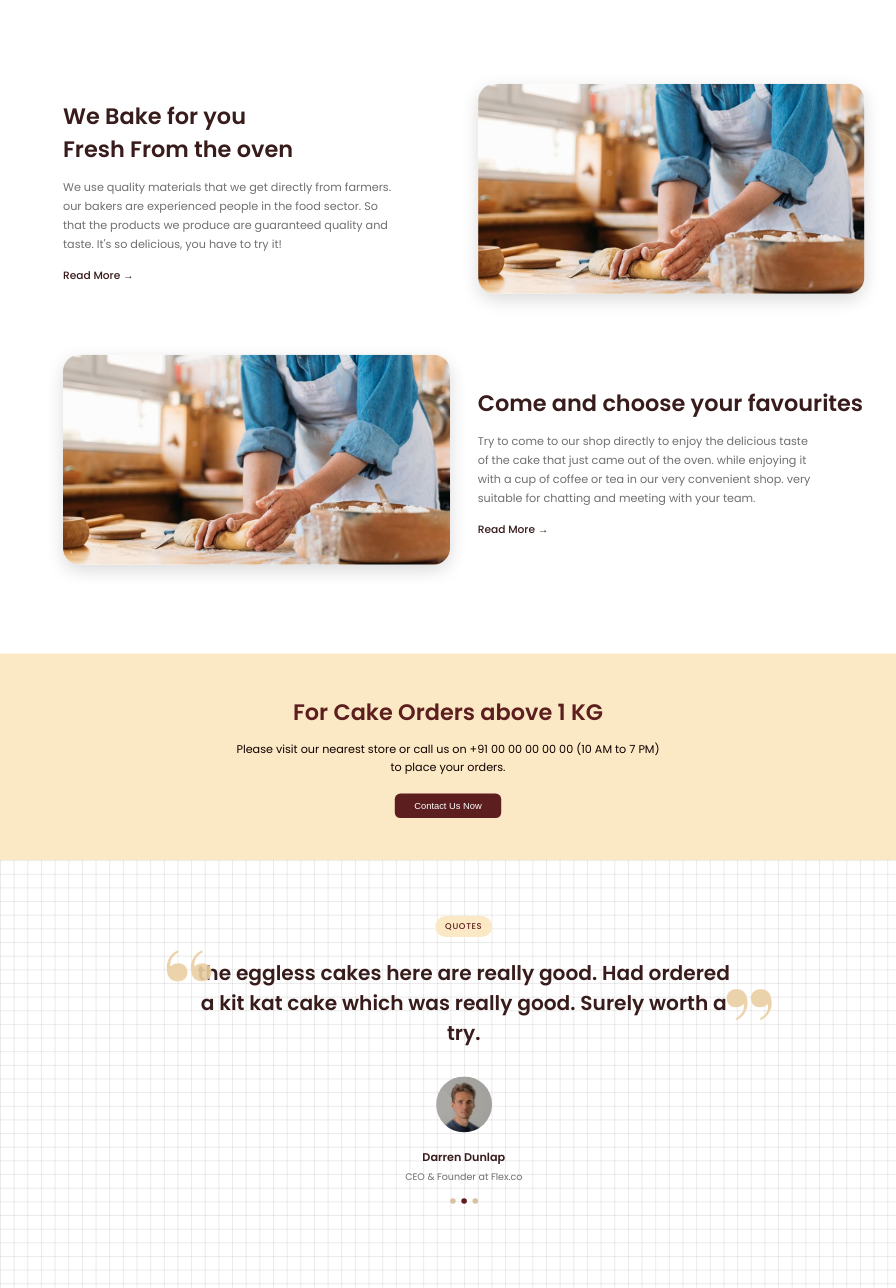
Repository: josegabrielzevallos/chocobrat-bakery-website
Page: index.html
These files come from the project's save history. The page is drawn as it stood at one moment and after the next save; the edit follows.
The browser window is 1280 px wide. The pictures show the part of the page from y = 1094 to 3014 px (the page is 2934 px tall before and 3014 px after), at 70% of full size.

Above is the page before, as saved 2025-11-20 17:46:40.

### index.html
<!DOCTYPE html>
<html lang="en">
<head>
    <meta charset="UTF-8" />
    <meta name="viewport" content="width=device-width, initial-scale=1.0" />
    <title>Chocobrat Bakery</title>

    <link href="https://fonts.googleapis.com/css2?family=Poppins:wght@300;400;500;600;700&family=Playfair+Display:wght@400;600;700;800;900&display=swap" rel="stylesheet">

    <link rel="stylesheet" href="styles.css" />
</head>
<body>

    <!-- NAVBAR -->
    <header>
        <nav class="navbar container">
            <h1 class="logo">Chocobrat</h1>

            <ul class="nav-links">
                <li><a class="active" href="#">Home</a></li>
                <li class="dropdown">
                    <a href="#">Categories ▾</a>
                </li>
                <li><a href="#">About Us</a></li>
                <li><a href="#">Contact Us</a></li>
            </ul>

            <div class="nav-actions">
                <input type="text" placeholder="Search" class="search-box" />
                <button class="icon-btn">🔍</button>
                 <button class="icon-btn">👤</button>
                <button class="icon-btn">🛒</button>

            </div>
        </nav>
    </header>

    <!-- HERO SECTION -->
    <section class="hero container">
        <div>
        <div class="hero-text">
            <div class="hero-img">
                <img src="./assets/images/b1-cake.png" alt="Cake">
            </div>
            <div class="carousel container">
                <div class="slider-controls">
                    <span class="arrow" id="prev">&larr;</span>
                    <span class="slide-text">01/7</span>
                    <span class="arrow" id="next">&rarr;</span>
                </div>
                <img src="assets/images/b2-cake.jpeg" class="thumb" />
                <img src="assets/images/b3-cake-red.png" class="thumb" />
                <img src="assets/images/b4-cake.jpg" class="thumb" />

            </div>
                <h2>Bring you Happiness <br> through a piece of cake</h2>
                <p>We make different type of cakes, chocolate, soft cookies, cheesecake pie or anything you want.</p>

                <div class="hero-buttons">
                    <button class="btn primary">Order Now</button>
                    <button class="btn secondary">See All Menus</button>
                </div>
            </div>


        </div>
        <div class="hero-ba" >
            <!-- CAROUSEL STATIC -->


            <div class="title-row">
                <h2>Try Our Best Selling</h2>
                <div class="divider"></div>
                <p>Here’s our best creations that everyone loves. Lightness and sweetness of the cake...</p>
            </div>
        </div>
    </section>



    <!-- BEST SELLING SECTION -->
    <section class="best-selling container">


        <div class="product-grid">

            <!-- CARD 1 -->
            <article class="card">
                <img src="assets/images/b5-cakes.png" alt="">
                <h3>Red Velvet & Cream Cheese (500g)</h3>
                <div class="rating">
                    ⭐⭐⭐⭐☆ <span>4.0 Rating</span>
                </div>
            </article>

            <!-- CARD 2 -->
            <article class="card">
                <img src="assets/images/b6-cakes.png" alt="">
                <h3>Red Velvet & Cream Cheese (500g)</h3>
                <div class="rating">
                    ⭐⭐⭐⭐☆ <span>4.0 Rating</span>
                </div>
            </article>

            <!-- CARD 3 -->
            <article class="card">
                <img src="assets/images/b7-cakes.png" alt="">
                <h3>Red Velvet & Cream Cheese (500g)</h3>
                <div class="rating">
                    ⭐⭐⭐⭐☆ <span>4.0 Rating</span>
                </div>
            </article>

            <!-- CARD 4 -->
            <article class="card">
                <img src="assets/images/b8-cakes.png" alt="">
                <h3>Red Velvet & Cream Cheese (500g)</h3>
                <div class="rating">
                    ⭐⭐⭐⭐☆ <span>4.0 Rating</span>
                </div>
            </article>
              <!-- CARD 5 -->
            <article class="card">
                <img src="assets/images/b9-cakes.png" alt="">
                <h3>Red Velvet & Cream Cheese (500g)</h3>
                <div class="rating">
                    ⭐⭐⭐⭐☆ <span>4.0 Rating</span>
                </div>
            </article>
        </div>

        <center>
            <button class="btn view-more">View More →</button>
        </center>
    </section>

        <!-- STORY / ABOUT BAKERY SECTION -->
    <section class="story container">
        <article class="story-card">

            <div class="story-text">
                <h2>We Bake for you<br>Fresh From the oven</h2>
                <p>
                    We use quality materials that we get directly from farmers.
                    <br>our bakers are experienced people in the food sector. So
                    <br>that the products we produce are guaranteed quality and
                    <br>taste. It's so delicious, you have to try it!
                </p>
                <a href="#" class="story-link">Read More →</a>
            </div>
            <div class="story-img">
                <img src="./assets/images/b9-women.jpeg" alt="Baker preparing pastry">
            </div>

        </article>


        <article class="story-card">

            <div class="story-img">
                <img src="./assets/images/b9-women.jpeg" alt="Baker rolling dough">
            </div>

            <div class="story-text">
                <h2>Come and choose your favourites</h2>
                <p>
                    Try to come to our shop directly to enjoy the delicious taste
                    <br>of the cake that just came out of the oven. while enjoying it
                    <br>with a cup of coffee or tea in our very convenient shop. very
                    <br>suitable for chatting and meeting with your team.
                </p>
                <a href="#" class="story-link">Read More →</a>
            </div>

        </article>

    </section>

    <!-- CAKE ORDER BANNER -->
    <section class="order-banner">
        <div class="order-banner-inner">
            <h2>For Cake Orders above 1 KG</h2>
            <p>
                Please visit our nearest store or call us on +91 00 00 00 00 00 (10 AM to 7 PM)
            <br>
                to place your orders.
            </p>
            <button class="btn primary order-btn">Contact Us Now</button>
        </div>
    </section>

    <!-- QUOTES SECTION -->
    <section class="quotes-section">
        <div class="container quotes-inner">
            <span class="quotes-label">QUOTES</span>

            <p class="quote-text">
                the eggless cakes here are really good. Had ordered a kit kat cake which was
                really good. Surely worth a try.
            </p>

            <div class="quote-author">
                <div class="quote-avatar">
                    <img src="./assets/images/b10-man.jpeg" alt="Darren Dunlap">
                </div>
                <h3>Darren Dunlap</h3>
                <p class="quote-role">CEO &amp; Founder at Flex.co</p>

                <div class="quote-dots">
                    <span class="quote-dot"></span>
                    <span class="quote-dot active"></span>
                    <span class="quote-dot"></span>
                </div>
            </div>
        </div>
    </section>
</body>
</html>

### styles.css
/* ===== RESET ===== */
* {
    margin: 0;
    padding: 0;
    box-sizing: border-box;
}

body {
    font-family: "Poppins", sans-serif;
    background-color: #ffffff;
    background-color: #FFF;
    color: #381B1B;
}

.container {
    max-width: 1478px;
    /* margin: auto; */

    padding-bottom:20px ;
    padding-left: 50px;
    padding-right: 5px;
}

/* ===== NAVBAR ===== */
header {
    background: #FFF;
    padding: 0px 0;
}

.navbar {
    display: flex;
    align-items: center;
    justify-content: space-between;
}

.logo {
    font-size: 1.8rem;
    font-weight: 600;
}

.nav-links {
    display: flex;
    list-style: none;
    gap: 30px;
}

.nav-links a {
    text-decoration: none;
    color: #6F6F6F;
    font-weight: 500;
}

.nav-links .active {
    color: #381B1B;
    font-weight: 600;
}

.nav-actions {
    display: flex;
    align-items: center;
    gap: 12px;
}

.search-box {
    padding: 10px 15px;
    border-radius: 8px;
    border: 1px solid #ddd;
}

.icon-btn {
    background: #5C1E1E;
    color: #fff;
    padding: 10px;
    border-radius: 8px;
    border: none;
}

/* ===== HERO ===== */
.hero {
    /* display: flex; */
    display: block;
    align-items: center;
    justify-content: space-between;
    background: linear-gradient(to right, white, #f1ecdc);

    margin-top: 40px;
    background-color: #FFF8F2;
    border-radius: 16px;
}

.hero-text {
    max-width: 100%;
}
.hero-back{
    /* float: right; */
    margin-top: 200px;
    margin-right: 50px;
}

.hero-text h2 {
    font-size: 2.8rem;
    line-height: 1.2;
    margin-bottom: 15px;
}

.hero-text p {
    font-size: 1rem;
    color: #6F6F6F;
    margin-bottom: 25px;
}

.hero-buttons {
    display: flex;
    gap: 15px;
}

.btn {
    padding: 12px 30px;
    font-weight: 500;
    border-radius: 8px;
    border: none;
    cursor: pointer;
}

.primary {
    background: #5C1E1E;
    color: white;
}

.secondary {
    background: white;
    border: 1px solid #5C1E1E;
    color: #5C1E1E;
}

.hero-img img {
    width: 480px;
    border-radius: 12px;
    float: right;
}

/* ===== CAROUSEL ===== */
.carousel {
    margin-top: -125px;
    display: flex;
    gap: 10px;
    clear: both;
    overflow-x: hidden;
    padding-bottom: 10px;
    float:right;
    background: #f6ffff59;
    border-top-left-radius: 64px;
    border-bottom-left-radius: 64px;

}

.slider-controls {
      display: flex;
      align-items: center;
      gap: 16px;           /* espacio entre flecha y texto */
      font-family: Arial, sans-serif;
      font-size: 18px;
    }

.divider {
  width: 1.5px;
  height: 53px; /* Ajusta el largo de la línea */
  background-color: #000000; /* Color suave como en tu imagen */
    background-color: #FFF8F2;
    border-radius: 16px;
}

.thumb {
    width: 180px;
    height: 110px;
    border-radius: 12px;
    object-fit: cover;
}

/* ===== BEST SELLING ===== */
.best-selling {
    margin-top: 60px;
}

.title-row {
    display: flex;
    justify-content: space-between;
    margin-bottom: 30px;
    clear: both;
    padding-top: 60px;
}

.title-row h2 {
    font-size: 2rem;
    color: #381B1B;
}

.title-row p {
    max-width: 45%;
    color: #6F6F6F;
}

/* ===== PRODUCT GRID ===== */
.product-grid {
    display: grid;
    grid-template-columns: repeat(5, 1fr);
    gap: 25px;
    margin-top: 30px;
}

.card {
    background: #fff;
    padding: 15px;
    border-radius: 15px;
    box-shadow: 0 4px 15px rgba(0,0,0,0.06);
}

.card img {
    width: 100%;
    height: 180px;
    border-radius: 12px;
    object-fit: cover;
}

.card h3 {
    margin: 12px 0 5px;
    font-size: 1rem;
}

.rating {
    color: #F2C94C;
    font-size: 0.9rem;
}

.rating span {
    color: #6F6F6F;
    margin-left: 5px;
}

.view-more {
    margin-top: 25px;
    background: white;
    border: 1px solid #381B1B;
    color: #381B1B;
}

/* ===== STORY / ABOUT BAKERY SECTION ===== */
.story {
    margin-top: 80px;
    display: flex;
    flex-direction: column;
    gap: 6  0px;
}

.story-card {
    display: flex;
    align-items: center;
    justify-content: space-between;   /* nuevo */
    gap: 40px;
    padding: 40px;
}

.story-card-reverse {
    flex-direction: row-reverse;
}

.story-text {
    flex: 1;        /* 50% del espacio */
}

.story-text h3 {
    font-size: 1rem;
    font-weight: 500;
    color: #A35A4A;
    margin-bottom: 4px;
}

.story-text h2 {
    font-size: 2rem;
    font-weight: 600;
    margin-bottom: 16px;
    color: #381B1B;
}

.story-text p {
    color: #6F6F6F;
    line-height: 1.7;
    margin-bottom: 18px;
}

.story-link {
    text-decoration: none;
    font-weight: 500;
    color: #381B1B;
    font-size: 0.95rem;
}

.story-img {
    flex: 1;        /* 50% del espacio */
}

.story-img img {
    width: 100%;
    height: 100%;
    max-height: 300px;     /* evita que se extienda demasiado */
    object-fit: cover;
    border-radius: 24px;
    box-shadow: 0 8px 25px rgba(0, 0, 0, 0.15);
}

/* ===== ORDER BANNER ===== */
.order-banner {
    background-color: #FBE8C4;   /* banda beige */
    padding: 60px 20px;
    margin-top: 60px;
}

.order-banner-inner {
    max-width: 800px;
    margin: 0 auto;
    text-align: center;
}

.order-banner h2 {
    font-size: 2rem;
    font-weight: 600;
    color: #5C1E1E;             /* marrón del botón/nav */
    margin-bottom: 16px;
}

.order-banner p {
    color: #0f0101;
    line-height: 1.6;
    margin-bottom: 24px;
}

.order-btn {
    /* ya hereda .btn y .primary, solo ajustamos un poco el tamaño */
    padding: 10px 28px;
    border-radius: 8px;
}

/* ===== QUOTES / TESTIMONIAL SECTION ===== */
.quotes-section {
    position: relative;
    padding: 80px 20px 100px;
    background-color: #FFFFFF;

    /* cuadrícula punteada */
    background-image:
        repeating-linear-gradient(
            to right,
            rgba(0,0,0,0.08) 0px,
            rgba(0,0,0,0.08) 1px,
            transparent 1px,
            transparent 70px
        ),
        repeating-linear-gradient(
            to bottom,
            rgba(0,0,0,0.08) 0px,
            rgba(0,0,0,0.08) 1px,
            transparent 1px,
            transparent 70px
        );

    background-size: 19.5px 19.5px;
}

.quotes-inner {
    text-align: center;
}

.quotes-label {
    display: inline-block;
    padding: 6px 14px;
    font-size: 0.75rem;
    letter-spacing: 0.08em;
    text-transform: uppercase;
    border-radius: 999px;
    background-color: #FBE8C4;
    color: #5C1E1E;
    font-weight: 500;
}

/* COMILLAS GRANDES DE FONDO */
.quote-text {
    position: relative;
    max-width: 780px;
    margin: 30px auto 40px;
    font-size: 1.8rem;
    line-height: 1.5;
    font-weight: 600;
    color: #381B1B;
    z-index: 2;
}

.quote-text::before,
.quote-text::after {
    font-family: 'Playfair Display', serif;
    position: absolute;
    font-size: 150px;
    font-weight: 950;
    pointer-events: none;
    z-index: 0;

    /* degradado real */
    background: linear-gradient(
        to bottom,
        #e7cda4 0%,
        #eacfa3 45%,
        rgba(255,255,255,0.8) 80%,
        rgba(255,255,255,1) 100%
    );
    -webkit-background-clip: text;
    color: transparent;

    opacity: 0.9;  /* alta para que se note la panza blanca */
}


.quote-text::before {
    content: "“";
    left: -40px;
    top: -75px;
}

.quote-text::after {
    content: "”";
    right: -55px;
    bottom: -75px;
}


.quote-author {
    display: flex;
    flex-direction: column;
    align-items: center;
    gap: 6px;
}

.quote-avatar img {
    width: 80px;
    height: 80px;
    border-radius: 50%;
    object-fit: cover;
    /*box-shadow: 0 8px 25px rgba(0, 0, 0, 0.15);*/
}

.quote-author h3 {
    margin-top: 10px;
    font-size: 1rem;
    font-weight: 600;
    color: #381B1B;
}

.quote-role {
    font-size: 0.85rem;
    color: #6F6F6F;
}

/* tres puntitos inferiores */
.quote-dots {
    margin-top: 14px;
    display: flex;
    gap: 8px;
    justify-content: center;
}

.quote-dot {
    width: 8px;
    height: 8px;
    border-radius: 50%;
    background-color: #D8C1A0;
}

.quote-dot.active {
    width: 8px;
    height: 8px;
    background-color: #5C1E1E;
}

After the next save:
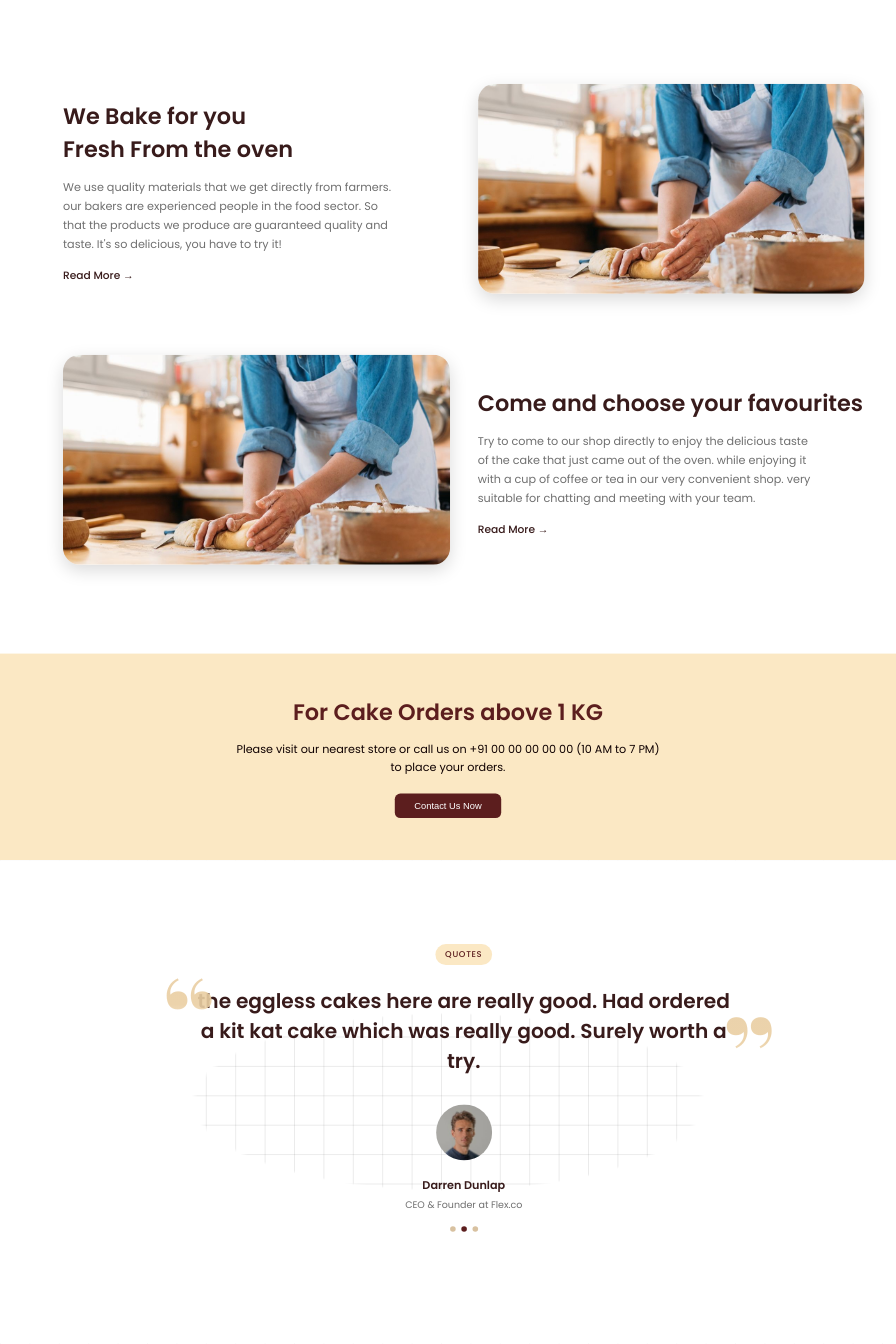
Saved 58 s later.
--- a/styles.css
+++ b/styles.css
@@ -478,3 +478,59 @@ header {
     height: 8px;
     background-color: #5C1E1E;
 }
+
+/* OVAL TRANSPARENTE EN EL CENTRO DE LA SECCION */
+.quotes-section {
+    position: relative;
+    padding: 120px 0 140px;
+
+    /* cuadrícula que ya tenés */
+    background-color: #FFFFFF;
+    background-image:
+        repeating-linear-gradient(
+            to right,
+            rgba(0,0,0,0.08) 0px,
+            rgba(0,0,0,0.08) 1px,
+            transparent 1px,
+            transparent 42px
+        ),
+        repeating-linear-gradient(
+            to bottom,
+            rgba(0,0,0,0.08) 0px,
+            rgba(0,0,0,0.08) 1px,
+            transparent 1px,
+            transparent 42px
+        );
+    background-size: 42px 42px;
+}
+
+/* AQUI SE CREA EL EFECTO "AL REVÉS" */
+.quotes-section::before {
+    content: "";
+    position: absolute;
+    inset: 0;
+
+    background: white;
+
+    /* 💥 zona central recortada (transparente) */
+    mask-image: radial-gradient(
+        ellipse 70% 45% at center,
+        transparent 40%,
+        black 41%
+    );
+
+    -webkit-mask-image: radial-gradient(
+        ellipse 70% 45% at center,
+        transparent 40%,
+        black 41%
+    );
+
+    pointer-events: none;
+    z-index: 2; /* Cubre todo excepto el centro */
+}
+
+/* El contenido debe quedar encima del recorte */
+.quotes-inner {
+    position: relative;
+    z-index: 3;
+}
